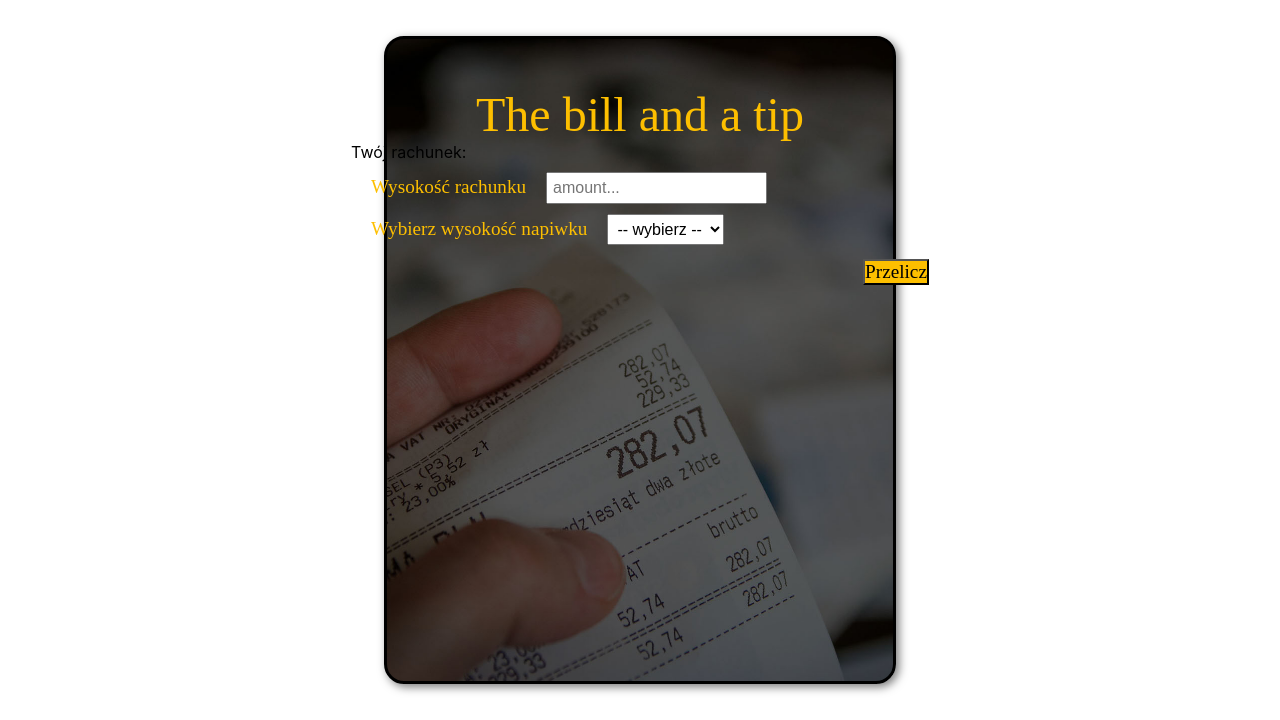
Repository: KrzysKolo/sr_tydzien4_zad1
Page: /
These files come from the project's save history. The page is drawn as it stood at one moment and after the next save; the edit follows.
The browser window is 1280 px wide. The pictures show the whole page.
Some web fonts or font styles are not loaded; a fallback is used. The project was rebuilt for these pictures with package versions that can differ from the ones it lists, and the page was loaded fresh each time.

Above is the page before, as saved 2020-11-06 10:50:00.

### public/index.html
<!DOCTYPE html>
<html lang="en">
  <head>
    <meta charset="utf-8" />
    <link rel="icon" href="%PUBLIC_URL%/favicon.ico" />
    <meta name="viewport" content="width=device-width, initial-scale=1" />
    <meta name="theme-color" content="#000000" />
    <meta
      name="description"
      content="Web site created using create-react-app"
    />
    <link rel="apple-touch-icon" href="%PUBLIC_URL%/logo192.png" />
    <!--
      manifest.json provides metadata used when your web app is installed on a
      user's mobile device or desktop. See https://developers.google.com/web/fundamentals/web-app-manifest/
    -->
    <link rel="manifest" href="%PUBLIC_URL%/manifest.json" />
    <!--
      Notice the use of %PUBLIC_URL% in the tags above.
      It will be replaced with the URL of the `public` folder during the build.
      Only files inside the `public` folder can be referenced from the HTML.

      Unlike "/favicon.ico" or "favicon.ico", "%PUBLIC_URL%/favicon.ico" will
      work correctly both with client-side routing and a non-root public URL.
      Learn how to configure a non-root public URL by running `npm run build`.
    -->
    <link href="https://fonts.googleapis.com/css2?family=Calligraffitti&family=Shadows+Into+Light+Two&family=Skranji&display=swap" rel="stylesheet">
    <title>Bill and tip</title>
  </head>
  <body>
    <noscript>You need to enable JavaScript to run this app.</noscript>
    <div id="root"></div>
    <!--
      This HTML file is a template.
      If you open it directly in the browser, you will see an empty page.

      You can add webfonts, meta tags, or analytics to this file.
      The build step will place the bundled scripts into the <body> tag.

      To begin the development, run `npm start` or `yarn start`.
      To create a production bundle, use `npm run build` or `yarn build`.
    -->
  </body>
</html>

### src/App.js
import './App.css';
import BillCard from './components/BillCard';
const App = () => {
  return (
    <div>
      <BillCard/>
    </div>
   );
}

export default App;

### src/components/BillCard.js
import React, { Component } from 'react';
import HeaderCard from './HeaderCard';
import SectionCard from './SectionCard';
import './BillCard.css';
class BillCard extends Component {
    state = {  }
    render() {
        return (
            <div className="billCard__wrapper">
                <HeaderCard/>
                <SectionCard />
            </div>
         );
    }
}

export default BillCard;

### src/components/HeaderCard.js
import React from 'react';
const HeaderCard = () => {
    return (
        <div className="billCard__header">
            The bill and a tip
        </div>
     );
}

export default HeaderCard;

### src/components/SectionCard.js
import React, { Component } from 'react';
class SectionCard extends Component {
    state = {  }
    render() {
        return (
            <section>
                <p>Twój rachunek: </p>
                <form>
                    <label className="label__BillCard" for="form__input-amount">Wysokość rachunku</label>
                    <input className="form__items" type="text" id="form__input-amount" name="amount" placeholder="amount..." /><br/>
                    <label className="label__BillCard" for="form__select">Wybierz wysokość napiwku</label>
                    <select className="form__items" name="tip" id="cars">
                        <option value="">-- wybierz --</option>
                        <option value="5">5%</option>
                        <option value="10">10%</option>
                        <option value="15">15%</option>
                        <option value="20">20%</option>
                    </select> <br />
                    <button className="btn__BillCard" type="submit">Przelicz</button>
                </form>
            </section>
         );
    }
}

export default SectionCard;

### src/components/BillCard.css
.billCard__wrapper {
  width: 40vw;
  height: 90vh;
  background: url("./../image/bill.jpg");
  background-size: cover;
  border: 3px solid black;
  border-radius: 20px;
  box-shadow: 3px 3px 10px #7a7a7a;
  display: flex;
  flex-direction: column;
  align-items: center;
  margin: 5vh auto;
}
.billCard__header {
  font-family: "Skranji", cursive;
  font-size: 3rem;
  color: rgb(253, 191, 0);
  margin-top: 3rem;
}
.label__BillCard {
  font-family: "Shadows Into Light Two", cursive;
  font-size: 1.2rem;
  color: rgb(253, 191, 0);
  padding: 20px;
}
.form__items {
  font-size: 1rem;
  padding: 5px;
  margin-top: 10px;
}
.btn__BillCard {
  font-family: "Shadows Into Light Two", cursive;
  font-size: 1.2rem;
  background-color: rgb(253, 191, 0);
  margin: 2vh auto 2vh 40vw;
  transition: all ease-in-out 0.6s;
}

Loaded but not shown: src/index.js (common file); src/index.css (common file); src/App.css (common file)

After the next save:
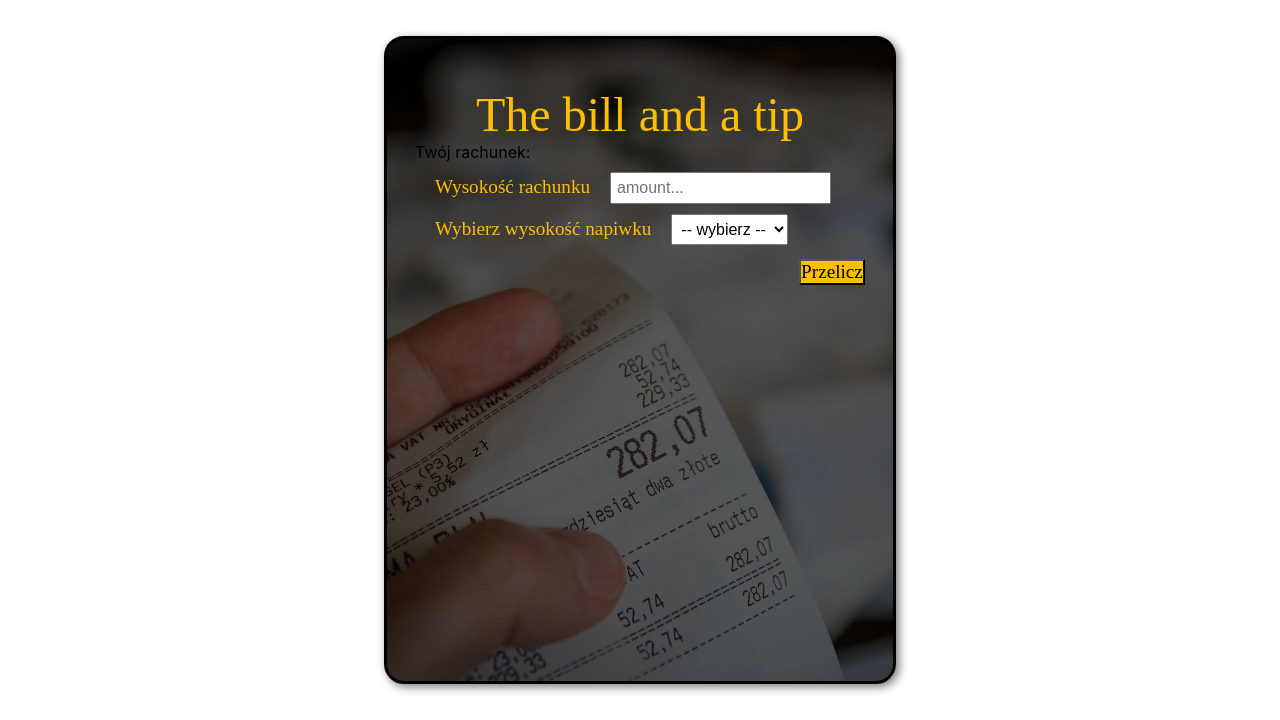
Saved 10 s later.
--- a/src/components/BillCard.css
+++ b/src/components/BillCard.css
@@ -32,6 +32,6 @@
   font-family: "Shadows Into Light Two", cursive;
   font-size: 1.2rem;
   background-color: rgb(253, 191, 0);
-  margin: 2vh auto 2vh 40vw;
+  margin: 2vh auto 2vh 30vw;
   transition: all ease-in-out 0.6s;
 }
